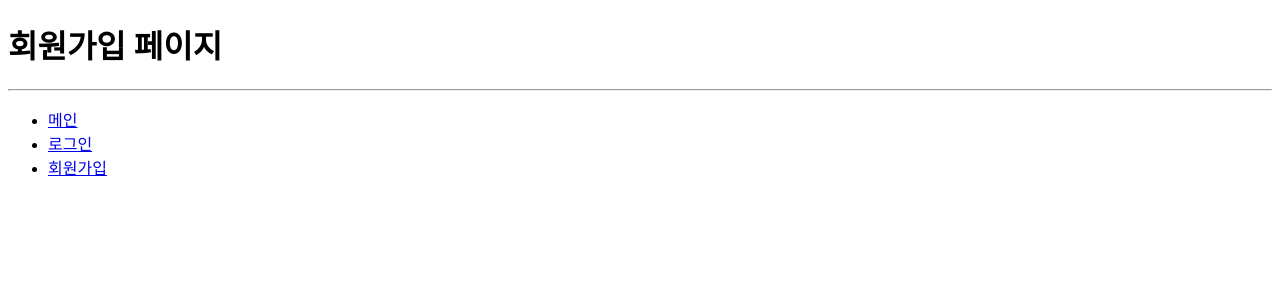
Repository: codingspecialist/jsp-weekend
Page: http://localhost/cos/join.jsp
An editor plug-in stored every save of this project. The page is shown before and after the next save, followed by the edit.
The browser window is 1280 px wide. The pictures show the whole page.
The page is served by Tomcat 9.

Above is the page before, as saved 2020-08-22 02:42:14.

After the next save:
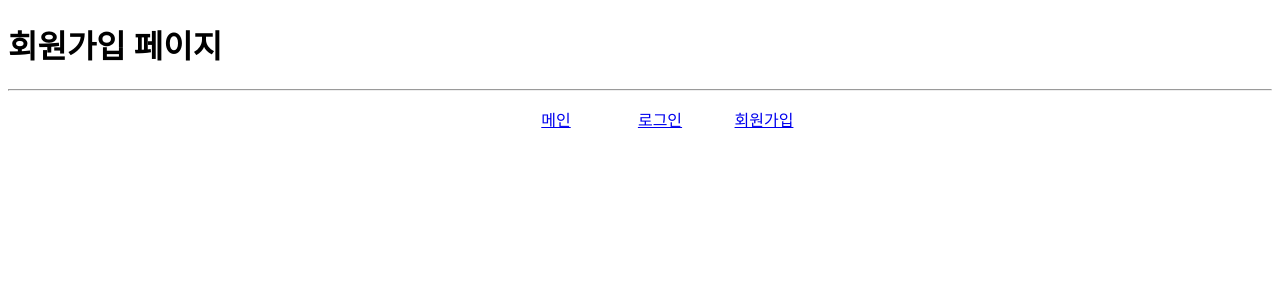
Saved 39 s later.
--- a/cos/WebContent/join.jsp
+++ b/cos/WebContent/join.jsp
@@ -5,6 +5,16 @@
 <head>
 <meta charset="UTF-8">
 <title>회원가입 페이지</title>
+<style>
+	ul {
+		text-align: center;
+	}
+
+	li {
+		display: inline-block;
+		width: 100px;
+	}
+</style>
 </head>
 <body>
 <h1>회원가입 페이지</h1>
